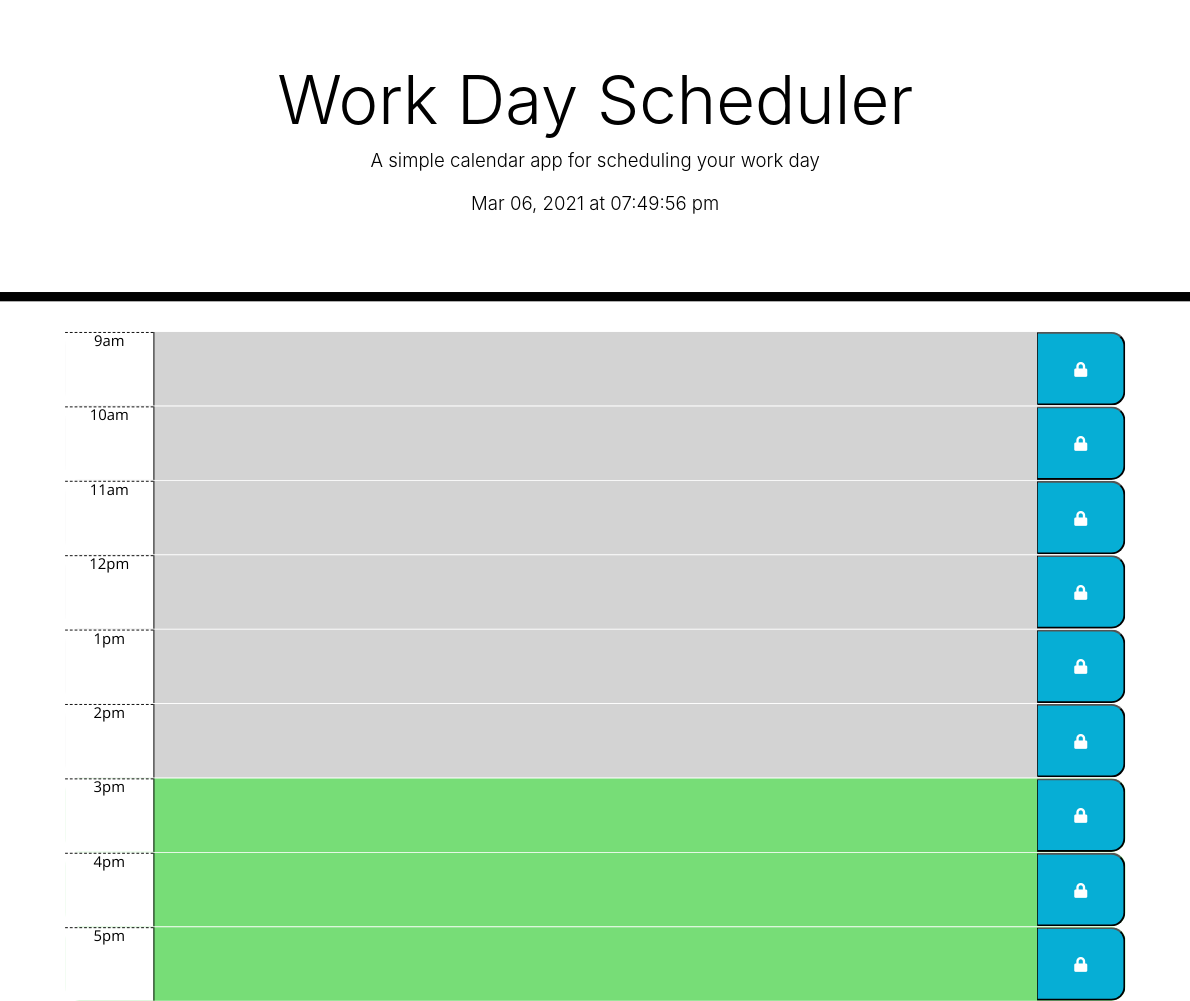
Repository: ziffoit/Work-Day_Scheduler
Page: Develop/index.html
An editor plug-in stored every save of this project. The page is shown before and after the next save, followed by the edit.
The browser window is 1280 px wide. The pictures show the whole page, at 93% of full size.
Some web libraries are served in a nearby version.

Above is the page before, as saved 2021-03-17 21:20:55.

After the next save:
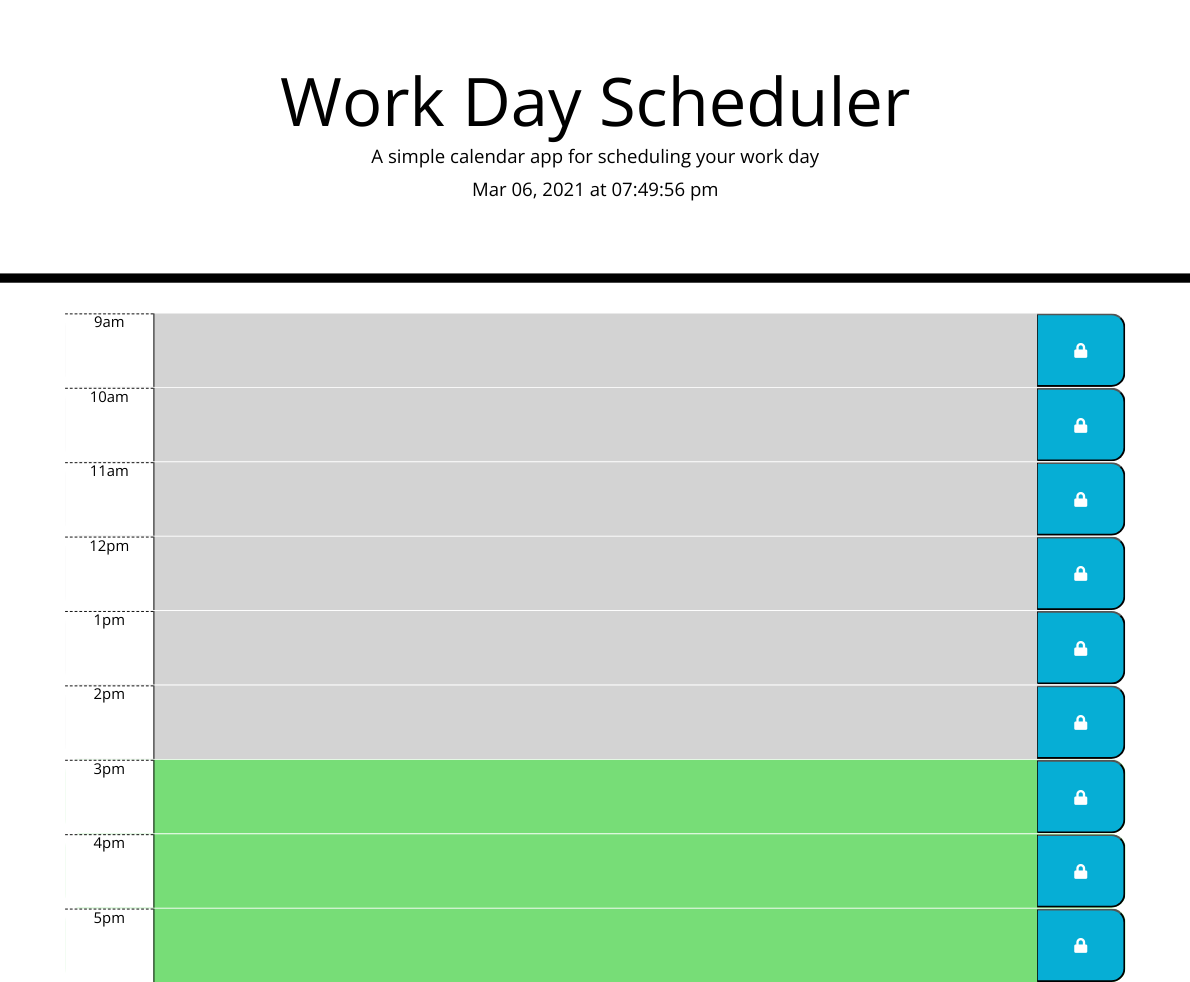
Saved 2 min 19 s later.
--- a/Develop/style.css
+++ b/Develop/style.css
@@ -1,4 +1,4 @@
-hourbody {
+body {
   font-family: "Open Sans", sans-serif;
   font-size: 16px;
   line-height: 1;
